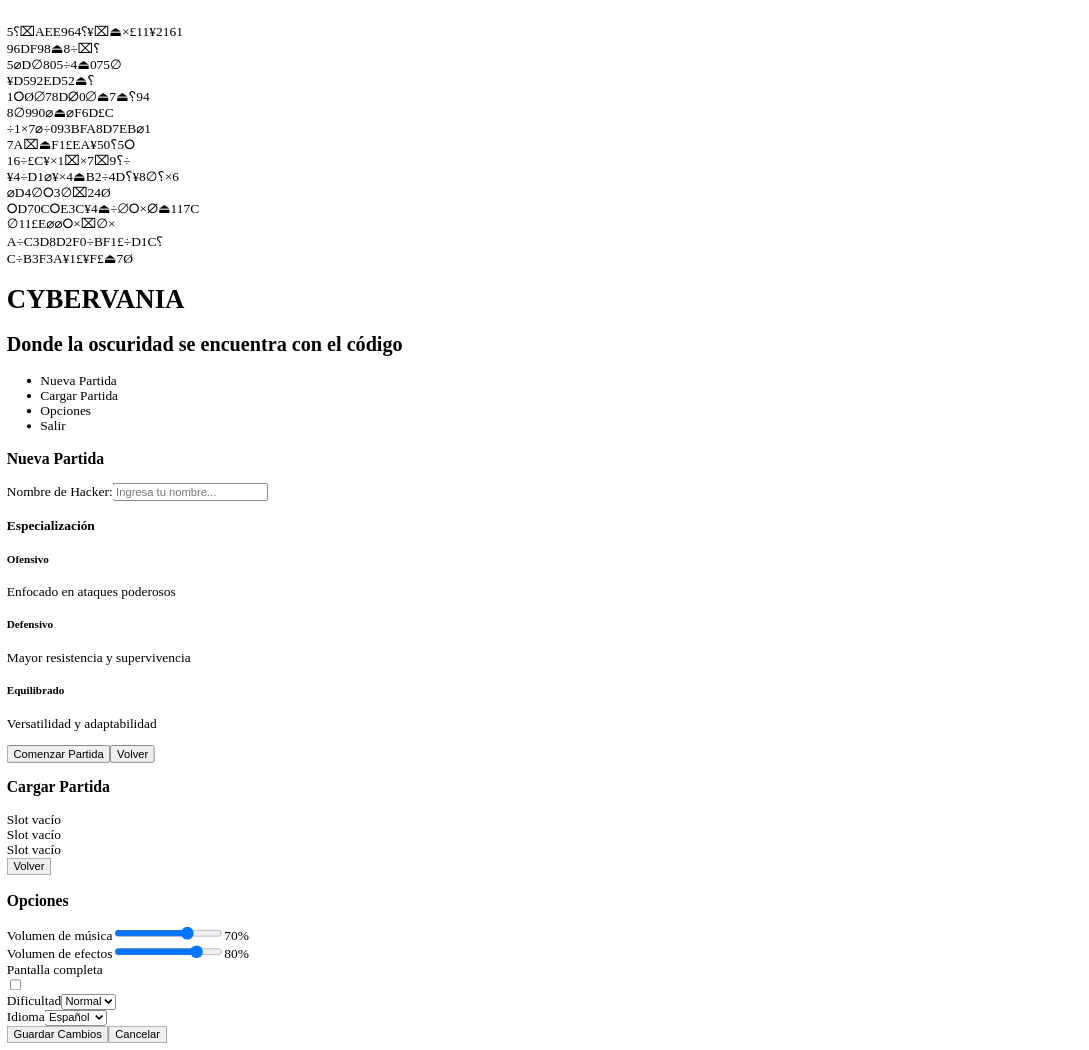
Repository: Cybermemillo/cybervania
Page: index.html
The author's editor kept a copy of each file at every save. The page is drawn from the files as they stood at one save, then again after the next save.
The browser window is 1280 px wide. The page is 1280 px wide, then 1297 px, so the pictures cover 1297 px, including what lies to the right of the window. The pictures show the whole page, at 84% of full size.
Some web fonts or font styles are not loaded; a fallback is used.

Above is the page before, as saved 2025-03-03 18:45:28.

### index.html
<!DOCTYPE html>
<html lang="es">
<head>
    <meta charset="UTF-8">
    <meta name="viewport" content="width=device-width, initial-scale=1.0">
    <title>Cybervania</title>
    <link rel="stylesheet" href="css/menu.css">
    <!-- Precargar la fuente -->
    <link rel="preload" href="assets/fonts/neogothic.woff2" as="font" type="font/woff2" crossorigin>

    <!-- Favicon -->
    <link rel="icon" type="image/png" href="assets/images/favicon.png">
</head>
<body>
    <!-- Audio indicator discreto -->
    <div id="audio-indicator" class="notification" style="opacity: 0;">
        Haz clic para activar audio
    </div>

    <!-- Contenedor principal del menú -->
    <div id="menu-container">
        <!-- El menú se generará dinámicamente desde JS -->
    </div>

    <!-- Script de inicialización de audio -->
    <script>
        document.addEventListener('click', function activateAudio() {
            // Inicializar contextos de audio si es necesario
            const AudioContext = window.AudioContext || window.webkitAudioContext;
            if (AudioContext) {
                const audioContext = new AudioContext();
                if (audioContext.state !== 'running') {
                    audioContext.resume().then(() => {
                        console.log('Contexto de audio activado');
                    });
                }
            }

            // Ocultar indicador
            document.getElementById('audio-indicator').style.opacity = '0';

            // Remover este listener una vez activado
            document.removeEventListener('click', activateAudio);
        });
    </script>

    <!-- Script del menú principal -->
    <script type="module">
        import { MainMenu } from './js/ui/MainMenu.js';
        import { MenuEffects } from './js/ui/MenuEffects.js';

        document.addEventListener('DOMContentLoaded', function() {
            // Crear instancia del menú principal
            const menu = new MainMenu('menu-container');

            // Inicializar efectos adicionales
            const menuEffects = new MenuEffects('menu-container');

            // Verificar si necesitamos mostrar el indicador de audio
            const AudioContext = window.AudioContext || window.webkitAudioContext;
            if (AudioContext && new AudioContext().state !== 'running') {
                document.getElementById('audio-indicator').classList.add('show');
            }

            // Exponer las instancias al objeto window para depuración
            window.gameMenu = menu;
            window.menuEffects = menuEffects;

            // Simulación de interferencia de señal al inicio para efecto dramático
            setTimeout(() => {
                menuEffects.simulateSignalInterference(800);
            }, 1000);
        });
    </script>
</body>
</html>

### css/menu.css
@font-face {
    font-family: 'NeoGothic';
    src: url('../assets/fonts/neogothic.woff2') format('woff2');
    font-weight: normal;
    font-style: normal;
}

:root {
    --menu-frame-color: rgba(41, 80, 120, 0.8);
    --text-glow-color: rgba(0, 195, 255, 0.5);
    --text-color: #e0f2ff;
    --accent-color: #00c3ff;
    --background-color: #080818;
    --mist-opacity: 0.3;
    --background-blur: 0.15;

    /* Colores para especializaciones */
    --red-color: #ff3a4a;
    --blue-color: #1fa7ff;
    --purple-color: #a742ff;

    /* Variables de animación */
    --menu-transition: 0.3s cubic-bezier(0.23, 1, 0.

### css/menu-gothic-enhancement.css
/* Mejoras estéticas para reforzar el carácter gótico-cyberpunk de Cybervania */

/* Fuentes más característica con familia gótica */
@import url('https://fonts.googleapis.com/css2?family=UnifrakturMaguntia&display=swap');
@import url('https://fonts.googleapis.com/css2?family=Pirata+One&display=swap');

/* Variables adicionales */
:root {
    /* Colores para acentos góticos */
    --blood-red: #8a0303;
    --midnight-purple: #2d0245;
    --ancient-gold: #bf9b30;
    --church-blue: #142c59;

    /* Efectos especiales */
    --blood-drip: drop-shadow(0 5px 2px rgba(138, 3, 3, 0.4));
    --stained-glass: linear-gradient(135deg, rgba(20, 44, 89, 0.7), rgba(138, 3, 3, 0.5), rgba(45, 2, 69, 0.7));
}

/* Rediseño del título principal para hacerlo más distintivo */
.title-container h1 {
    /* Mantener propiedades existentes pero modificar algunas */
    font-family: 'UnifrakturMaguntia', 'Orbitron', sans-serif;
    letter-spacing: 8px;
    position: relative;
    animation: textShadowPulse 4s infinite;
}

/* Título gótico con acento cyberpunk */
.title-container h1::before {
    content: attr(data-text);
    position: absolute;
    left: -2px;
    top: 0;
    color: var(--blood-red);
    text-shadow: none;
    z-index: -1;
    animation: gothic-glitch 5s infinite alternate-reverse;
    clip-path: polygon(0 0, 100% 0, 100% 45%, 0 55%);
    opacity: 0.8;
}

/* Nuevo subtítulo con estilo más arcano */
.title-container h2 {
    font-family: 'Pirata One', cursive;
    letter-spacing: 4px;
    font-style: normal;
    color: var(--ancient-gold);
    text-transform: lowercase;
    margin-top: 15px;
    position: relative;
    opacity: 0.9;
}

/* Efectos adicionales para el subtítulo */
.title-container h2::after {
    content: "";
    position: absolute;
    left: 50%;
    bottom: -10px;
    transform: translateX(-50%);
    width: 80%;
    height: 1px;
    background: linear-gradient(to right, transparent, var(--ancient-gold), transparent);
}

/* Vitrales decorativos para los bordes del menú */
.menu-screen::before {
    background: var(--stained-glass);
    opacity: 0.7;
    animation: stained-glass-glow 8s infinite alternate;
}

@keyframes stained-glass-glow {
    0% {
        opacity: 0.3;
        filter: blur(10px) hue-rotate(0deg);
    }
    50% {
        opacity: 0.7;
        filter: blur(7px) hue-rotate(30deg);
    }
    100% {
        opacity: 0.3;
        filter: blur(10px) hue-rotate(0deg);
    }
}

/* Gárgola digital en la esquina superior derecha del menú */
.menu-screen::after {
    content: "";
    position: absolute;
    top: -20px;
    right: -15px;
    width: 60px;
    height: 60px;
    background-image: url("data:[embedded picture, 368 characters]");
    background-size: contain;
    opacity: 0.8;
    transform: rotate(5deg);
    filter: drop-shadow(0 0 5px var(--text-glow-color));
    animation: gargoyle-watch 15s infinite alternate;
    pointer-events: none;
    z-index: 10;
}

@keyframes gargoyle-watch {
    0% { transform: rotate(5deg) translateY(0); }
    25% { transform: rotate(0deg) translateY(2px); }
    50% { transform: rotate(-5deg) translateY(0); }
    75% { transform: rotate(0deg) translateY(-2px); }
    100% { transform: rotate(5deg) translateY(0); }
}

/* Efectos especiales para títulos de secciones */
.menu-screen h3 {
    font-family: 'UnifrakturMaguntia', serif;
    letter-spacing: 3px;
    padding: 8px 0;
    color: var(--ancient-gold);
    text-shadow: 0 0 8px rgba(138, 3, 3, 0.6);
    position: relative;
}

/* Símbolos arcanos alrededor de los títulos */
.menu-screen h3::before,
.menu-screen h3::after {
    content: "†";
    font-family: serif;
    font-size: 22px;
    position: absolute;
    top: 50%;
    transform: translateY(-50%);
    color: var(--ancient-gold);
    text-shadow: 0 0 5px var(--blood-red);
}

.menu-screen h3::before { left: 10px; }
.menu-screen h3::after { right: 10px; }

/* Ornamentos para elementos del menú principal */
.menu-item {
    border-image: url("data:[embedded picture, 255 characters]") 10 stretch;
    border-width: 1px;
    border-style: solid;
}

/* Hover más dramático para elementos del menú */
.menu-item:hover {
    border-image: url("data:[embedded picture, 255 characters]") 10 stretch;
    box-shadow: 0 0 15px rgba(138, 3, 3, 0.6), inset 0 0 15px rgba(255, 34, 136, 0.3);
    background: linear-gradient(to right, rgba(45, 2, 69, 0.7), rgba(80, 20, 60, 0.5));
    transform: translateX(8px);
}

/* Iconos con estilo más distintivo */
.menu-icon {
    border: 1px solid var(--blood-red);
    background: radial-gradient(circle at center, rgba(45, 2, 69, 0.7), rgba(20, 5, 20, 0.9));
}

/* Efectos específicos para el fondo */
.mist-element {
    background: radial-gradient(
        circle,
        rgba(180, 20, 120, 0.1) 0%,
        rgba(45, 2, 69, 0.05) 50%,
        rgba(0, 0, 0, 0) 70%
    );
    mix-blend-mode: screen;
}

/* Añadir patrón de catedral en fondo */
.menu-background:before {
    content: "";
    position: absolute;
    top: 0;
    left: 0;
    width: 100%;
    height: 100%;
    background-image: url("data:[embedded picture, 316 characters]");
    background-size: 100px 100px;
    opacity: 0.05;
    pointer-events: none;
    z-index: 1;
}

/* Efecto de sangre goteante para botones destacados */
.main-button {
    filter: var(--blood-drip);
    background: linear-gradient(to bottom, rgba(138, 3, 3, 0.8), rgba(80, 10, 40, 0.9));
    border-color: var(--blood-red);
}

.main-button:hover {
    background: linear-gradient(to bottom, rgba(168, 13, 13, 0.9), rgba(100, 15, 50, 0.95));
    box-shadow: 0 0 15px rgba(138, 3, 3, 0.5);
}

/* Notificaciones con estilo gótico */
.notification {
    font-family: 'Pirata One', cursive;
    background-color: rgba(20, 44, 89, 0.9);
    border: 1px solid var(--ancient-gold);
    color: var(--ancient-gold);
}

/* Entrada gótica para las pantallas del menú */
@keyframes gothic-entrance {
    from {
        opacity: 0;
        transform: translateY(30px) scale(0.95);
        filter: blur(10px) brightness(0.5);
    }
    50% {
        opacity: 0.7;
        transform: translateY(15px) scale(0.98);
        filter: blur(5px) brightness(0.7);
    }
    to {
        opacity: 1;
        transform: translateY(0) scale(1);
        filter: blur(0) brightness(1);
    }
}

/* Mejoras para los selectores de especialización */
.spec-card.red {
    background: linear-gradient(135deg, rgba(40, 10, 30, 0.7), rgba(138, 3, 3, 0.6));
}

.spec-card.blue {
    background: linear-gradient(135deg, rgba(40, 10, 30, 0.7), rgba(20, 44, 89, 0.6));
}

.spec-card.purple {
    background: linear-gradient(135deg, rgba(40, 10, 30, 0.7), rgba(45, 2, 69, 0.6));
}

.spec-card.selected::before {
    content: "⚜";
    position: absolute;
    top: -12px;
    left: 50%;
    transform: translateX(-50%);
    font-size: 24px;
    color: var(--ancient-gold);
    text-shadow: 0 0 5px rgba(191, 155, 48, 0.5);
}

/* Animación gótica con glitch */
@keyframes gothic-glitch {
    0% {
        clip-path: polygon(0 0, 100% 0, 100% 45%, 0 55%);
        transform: skew(0.8deg);
    }
    30% {
        clip-path: polygon(0 45%, 100% 35%, 100% 65%, 0 75%);
        transform: skew(0.5deg);
    }
    60% {
        clip-path: polygon(0 55%, 100% 65%, 100% 100%, 0 100%);
        transform: skew(0.25deg);
    }
    100% {
        clip-path: polygon(0 0, 100% 0, 100% 100%, 0 100%);
        transform: skew(0deg);
    }
}

### css/gothic-effects.css
/* Archivo adicional de estilos para efectos gótico-cyberpunk de Cybervania */

/* Estilos para las gárgolas ornamentales */
.gargoyle-ornament {
    position: absolute;
    width: 50px;
    height: 50px;
    z-index: 20;
    opacity: 0.6;
    filter: drop-shadow(0 0 3px rgba(0, 0, 0, 0.5));
    transition: opacity 0.3s ease, transform 0.3s ease;
}

.gargoyle-ornament.top-left {
    top: 10px;
    left: 10px;
}

.gargoyle-ornament.top-right {
    top: 10px;
    right: 10px;
}

.gargoyle-ornament.bottom-left {
    bottom: 10px;
    left: 10px;
}

.gargoyle-ornament.bottom-right {
    bottom: 10px;
    right: 10px;
}

.gargoyle-ornament:hover {
    opacity: 1;
    transform: scale(1.2);
}

.gargoyle-ornament.awakened {
    filter: drop-shadow(0 0 5px rgba(255, 34, 136, 0.5));
}

/* Pentagrama digital */
.cyber-pentagram {
    position: absolute;
    top: 50%;
    left: 50%;
    transform: translate(-50%, -50%) scale(0.5);
    opacity: 0;
    z-index: 1;
    pointer-events: none;
    transition: opacity 1s ease, transform 1s ease;
}

.cyber-pentagram.reveal {
    opacity: 0.15;
    transform: translate(-50%, -50%) scale(1);
}

.pentagram-outline {
    animation: pentagram-pulse 10s infinite alternate;
}

@keyframes pentagram-pulse {
    0% { stroke-width: 0.5; stroke-opacity: 0.3; }
    50% { stroke-width: 1; stroke-opacity: 0.5; }
    100% { stroke-width: 0.5; stroke-opacity: 0.3; }
}

/* Manchas de sangre digitales */
.blood-splatter {
    position: absolute;
    z-index: 1;
    pointer-events: none;
    filter: hue-rotate(330deg) contrast(1.2);
    mix-blend-mode: multiply;
}

/* Glow ritual alrededor de los elementos del menú */
.ritual-glow {
    position: absolute;
    top: 0;
    left: 0;
    right: 0;
    bottom: 0;
    background: transparent;
    pointer-events: none;
    z-index: -1;
    box-shadow: inset 0 0 30px rgba(191, 155, 48, 0.2);
    border-radius: inherit;
}

/* Símbolos arcanos en fondos */
.arcane-symbols {
    position: absolute;
    top: 0;
    left: 0;
    width: 100%;
    height: 100%;
    z-index: 0;
    pointer-events: none;
    overflow: hidden;
}

/* Relámpagos ambientales */
.ambient-lightning {
    position: fixed;
    top: 0;
    left: 0;
    width: 100%;
    height: 100%;
    background: rgba(255, 255, 255, 0);
    pointer-events: none;
    z-index: 200;
    opacity: 0;
    transition: all 0.1s ease;
}

.ambient-lightning.flash {
    opacity: 0;
    animation: lightning-flash 1.5s ease-out;
}

@keyframes lightning-flash {
    0% { background: rgba(255, 255, 255, 0); opacity: 0; }
    10% { background: rgba(150, 195, 255, 0.1); opacity: 0.8; }
    11% { background: rgba(255, 255, 255, 0); opacity: 0; }
    14% { background: rgba(150, 195, 255, 0.1); opacity: 0.3; }
    15% { background: rgba(255, 255, 255, 0); opacity: 0; }
    100% { background: rgba(255, 255, 255, 0); opacity: 0; }
}

/* Efecto de texto sangriento */
.bloody-text {
    color: #f0e2ff;
    text-shadow: 0 0 5px rgba(138, 3, 3, 0.7);
    position: relative;
}

.blood-drop {
    position: absolute;
    bottom: -5px;
    width: 2px;
    height: 10px;
    background: linear-gradient(to bottom, rgba(138, 3, 3, 0.7), rgba(138, 3, 3, 0));
    border-radius: 50% 50% 0 0;
    animation: drip 3s infinite;
}

@keyframes drip {
    0% { height: 0; opacity: 0; }
    30% { height: 10px; opacity: 0.7; }
    70% { height: 15px; opacity: 0.5; }
    100% { height: 20px; opacity: 0; }
}

/* Efectos de distorsión VHS */
.vhs-distortion {
    position: relative;
    overflow: hidden;
}

.vhs-noise {
    position: absolute;
    top: 0;
    left: 0;
    width: 100%;
    height: 100%;
    background-image: url("data:[embedded picture, 304 characters]");
    opacity: 0.03;
    mix-blend-mode: screen;
    pointer-events: none;
}

.vhs-scanlines {
    position: absolute;
    top: 0;
    left: 0;
    width: 100%;
    height: 100%;
    background: linear-gradient(
        to bottom,
        transparent 50%,
        rgba(0, 0, 0, 0.05) 50%
    );
    background-size: 100% 4px;
    pointer-events: none;
}

.vhs-glitch {
    position: absolute;
    top: 0;
    left: 0;
    width: 100%;
    height: 100%;
    opacity: 0;
    pointer-events: none;
    animation: random-glitch 10s infinite;
}

@keyframes random-glitch {
    0% { opacity: 0; transform: translateX(0); }
    1% { opacity: 0.2; transform: translateX(-5px); }
    1.5% { opacity: 0; transform: translateX(0); }
    10% { opacity: 0; }
    10.5% { opacity: 0.1; }
    11% { opacity: 0; }
    30% { opacity: 0; }
    30.5% { opacity: 0.2; transform: translateX(3px); }
    31% { opacity: 0; transform: translateX(0); }
    98% { opacity: 0; }
    100% { opacity: 0; }
}

/* Viñeta oscura pulsante */
.dark-vignette {
    position: fixed;
    top: 0;
    left: 0;
    width: 100%;
    height: 100%;
    pointer-events: none;
    z-index: 1;
    background: radial-gradient(
        ellipse at center,
        transparent 60%,
        rgba(0, 0, 0, 0.4) 100%
    );
    opacity: 0.7;
    transition: opacity 3s ease;
}

.dark-vignette.pulse {
    opacity: 0.9;
}

/* Parpadeo de luces de neón */
.neon-flicker {
    animation: neon-flicker-effect 4s infinite;
}

@keyframes neon-flicker-effect {
    0%, 19%, 21%, 23%, 54%, 56%, 91%, 100% {
        text-shadow: 0 0 5px var(--text-glow-color),
                     0 0 10px var(--text-glow-color),
                     0 0 15px var(--text-glow-color);
        opacity: 1;
    }
    20%, 55%, 92% {
        text-shadow: none;
        opacity: 0.8;
    }
}

/* Cursor personalizado gótico */
.cursor-gothic {
    cursor: url("data:[embedded picture, 261 characters]")
          12 12,
        auto;
}

Loaded but not shown: js/ui/MainMenu.js (769 lines, source omitted); js/entities/Player.js (533 lines, source omitted); js/ui/GothicEffects.js (354 lines, source omitted); js/ui/MenuEffects.js (183 lines, source omitted)

After the next save:
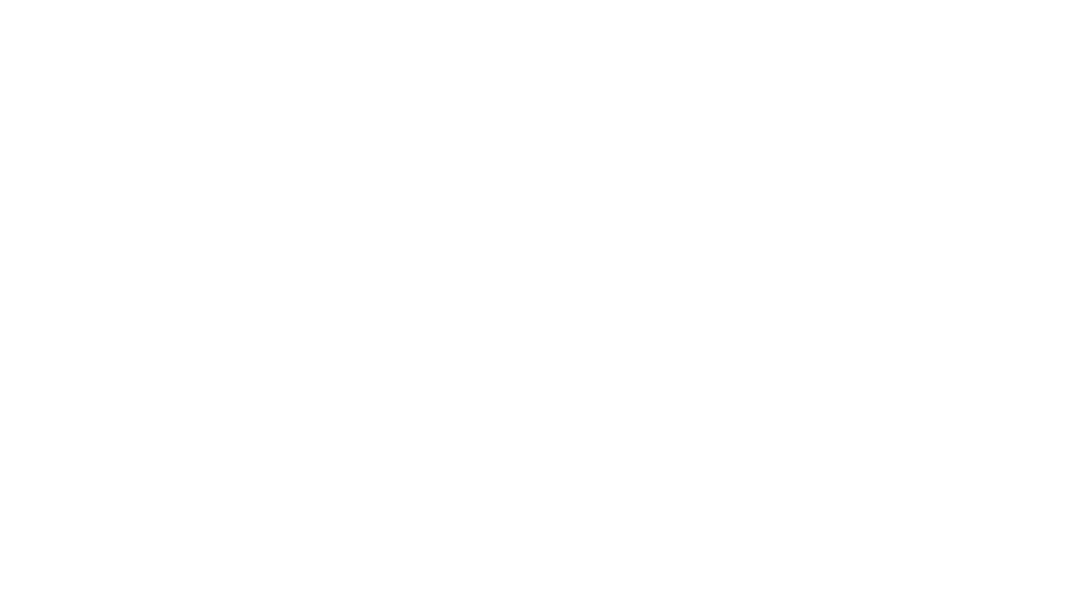
Console error: TypeError: Cannot set properties of null (setting 'innerHTML')
Saved 23 s later.
--- a/index.html
+++ b/index.html
@@ -4,25 +4,25 @@
     <meta charset="UTF-8">
     <meta name="viewport" content="width=device-width, initial-scale=1.0">
     <title>Cybervania</title>
+    <!-- Estilos base y mejoras góticas -->
     <link rel="stylesheet" href="css/menu.css">
+    <link rel="stylesheet" href="css/menu-gothic-enhancement.css">
+    <link rel="stylesheet" href="css/gothic-effects.css">
+
     <!-- Precargar la fuente -->
     <link rel="preload" href="assets/fonts/neogothic.woff2" as="font" type="font/woff2" crossorigin>
+
+    <!-- Fuentes góticas desde Google Fonts -->
+    <link rel="preconnect" href="https://fonts.googleapis.com">
+    <link rel="preconnect" href="https://fonts.gstatic.com" crossorigin>
+    <link href="https://fonts.googleapis.com/css2?family=UnifrakturMaguntia&family=Pirata+One&display=swap" rel="stylesheet">
 
     <!-- Favicon -->
     <link rel="icon" type="image/png" href="assets/images/favicon.png">
 </head>
-<body>
+<body class="cursor-gothic">
     <!-- Audio indicator discreto -->
     <div id="audio-indicator" class="notification" style="opacity: 0;">
-        Haz clic para activar audio
-    </div>
-
-    <!-- Contenedor principal del menú -->
-    <div id="menu-container">
-        <!-- El menú se generará dinámicamente desde JS -->
-    </div>
-
-    <!-- Script de inicialización de audio -->
     <script>
         document.addEventListener('click', function activateAudio() {
             // Inicializar contextos de audio si es necesario

After the save that followed:
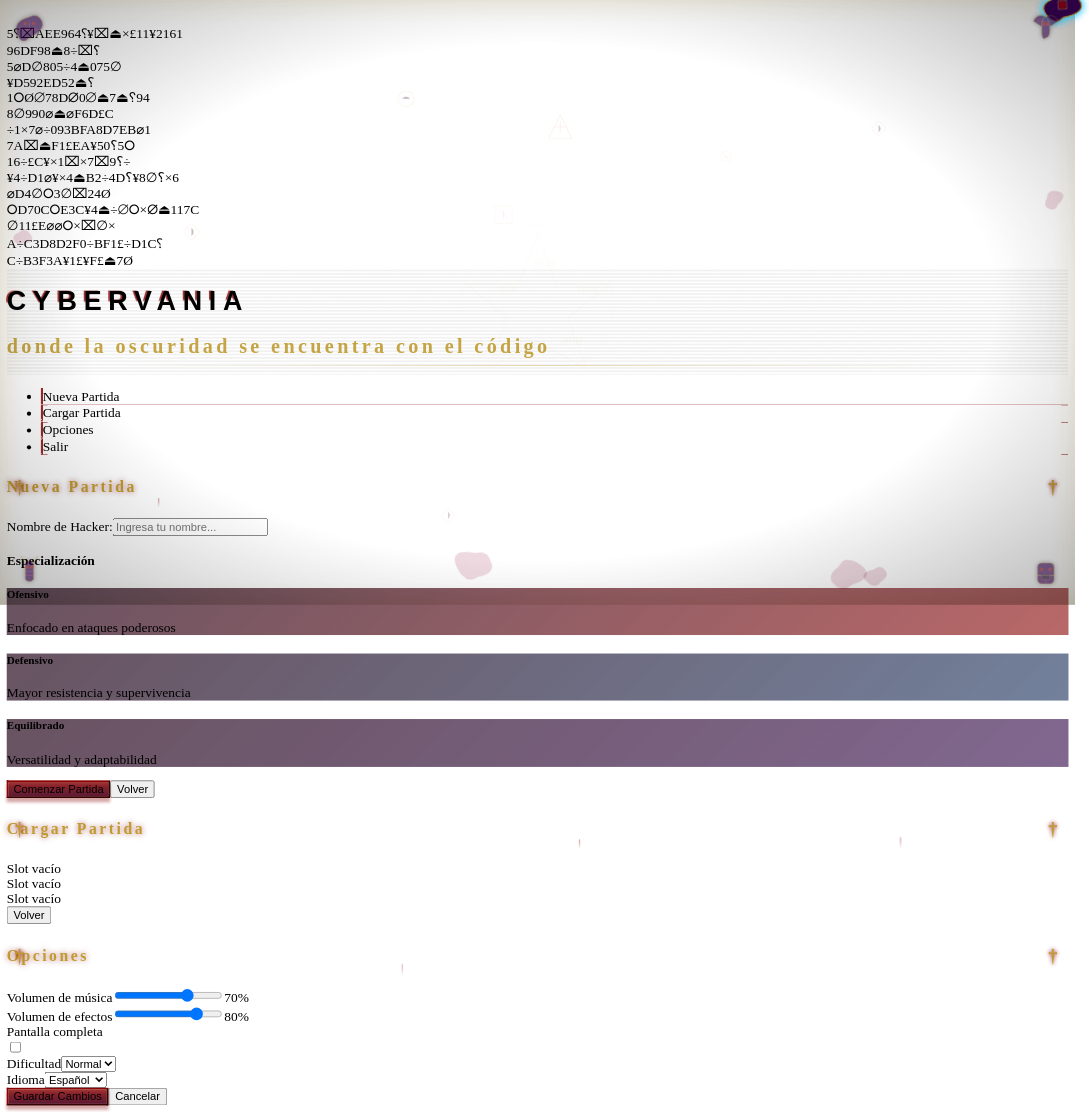
The error is gone.
Saved 40 s later.
--- a/index.html
+++ b/index.html
@@ -23,6 +23,15 @@
 <body class="cursor-gothic">
     <!-- Audio indicator discreto -->
     <div id="audio-indicator" class="notification" style="opacity: 0;">
+        Haz clic para activar audio
+    </div>
+
+    <!-- Contenedor principal del menú -->
+    <div id="menu-container">
+        <!-- El menú se generará dinámicamente desde JS -->
+    </div>
+
+    <!-- Script de inicialización de audio -->
     <script>
         document.addEventListener('click', function activateAudio() {
             // Inicializar contextos de audio si es necesario
@@ -48,13 +57,20 @@
     <script type="module">
         import { MainMenu } from './js/ui/MainMenu.js';
         import { MenuEffects } from './js/ui/MenuEffects.js';
+        import { GothicEffects } from './js/ui/GothicEffects.js';
 
         document.addEventListener('DOMContentLoaded', function() {
             // Crear instancia del menú principal
             const menu = new MainMenu('menu-container');
 
-            // Inicializar efectos adicionales
+            // Inicializar efectos
             const menuEffects = new MenuEffects('menu-container');
+            const gothicEffects = new GothicEffects('menu-container');
+
+            // Aplicar efectos adicionales
+            gothicEffects.applyBloodyText('.menu-screen h3');
+            gothicEffects.applyVHSDistortion('.title-container');
+            gothicEffects.addDarkVignette();
 
             // Verificar si necesitamos mostrar el indicador de audio
             const AudioContext = window.AudioContext || window.webkitAudioContext;
@@ -65,11 +81,25 @@
             // Exponer las instancias al objeto window para depuración
             window.gameMenu = menu;
             window.menuEffects = menuEffects;
+            window.gothicEffects = gothicEffects;
 
-            // Simulación de interferencia de señal al inicio para efecto dramático
+            // Efectos de inicio
             setTimeout(() => {
                 menuEffects.simulateSignalInterference(800);
             }, 1000);
+
+            // Primer relámpago ambiental después de un retraso aleatorio
+            setTimeout(() => {
+                const lightningDiv = document.createElement('div');
+                lightningDiv.className = 'ambient-lightning';
+                document.body.appendChild(lightningDiv);
+                setTimeout(() => {
+                    lightningDiv.classList.add('flash');
+                    setTimeout(() => {
+                        lightningDiv.remove();
+                    }, 1500);
+                }, 100);
+            }, Math.random() * 10000 + 5000);
         });
     </script>
 </body>
